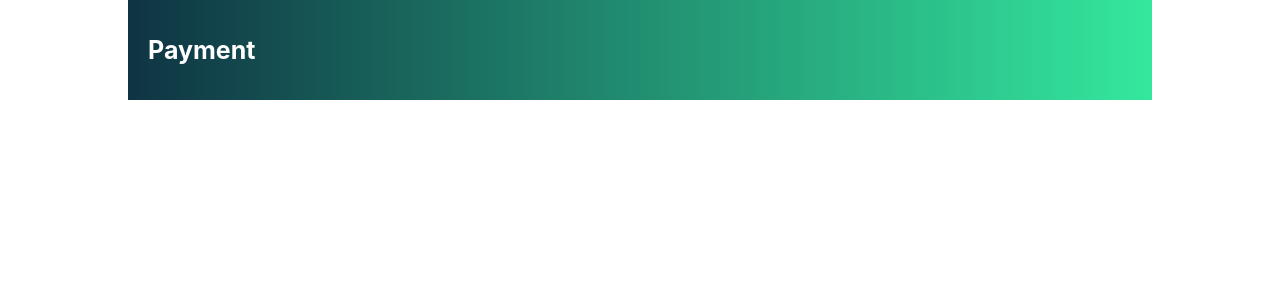
Repository: Yowani24/ecocarbon
Page: /payment
These files come from the project's save history. The page is drawn as it stood at one moment and after the next save; the edit follows.
The browser window is 1280 px wide. The pictures show the whole page.
The project was rebuilt for these pictures with package versions that can differ from the ones it lists, and the page was loaded fresh each time. The framework's server and built-in components were replaced by stand-ins that run in the browser. Also part of the build but not shown: next.config.js.

Above is the page before, as saved 2021-09-28 16:17:37.

### pages/_app.js
import '../styles/globals.css'
import { CreditProvider } from './product/CreditList'

function MyApp({ Component, pageProps }) {
  return (
    <CreditProvider>
      <Component {...pageProps} />
    </CreditProvider>
  )
}

export default MyApp

### pages/payment/index.js
import React from 'react';
import Head from 'next/head'
import styles from './Payment.module.css'
import Link from 'next/link';


export default function Payment(props) {
    return (
       <>
        <Head>
            <title>Payment</title>
        </Head>

        <header className={styles.header}>
            <div className={styles.interface}>
                <div className={styles.header_content}>
                    <h1>Payment</h1>
                </div>
            </div>
        </header>


       </>
    );
}

### styles/globals.css
html,
body {
  padding: 0;
  margin: 0;
  font-family: -apple-system, BlinkMacSystemFont, Segoe UI, Roboto, Oxygen,
    Ubuntu, Cantarell, Fira Sans, Droid Sans, Helvetica Neue, sans-serif;
}

a {
  color: inherit;
  text-decoration: none;
}

* {
  margin: 0;
  box-sizing: border-box;
}

### pages/product/CreditList.js
import React, { useState, createContext } from 'react';

export const CreditList = createContext();

export const CreditProvider = (props) => {
    const [credit, setCredit] = useState([
        {
            id: '1',
            product: 'Carbon Credit',
            price: 120,
            description: 'More details goes here like description',
        },
        {
            id: '2',
            product: 'Carbon Credit',
            price: 120,
            description: 'More details about the product'
        },
        {
            id: '3',
            product: 'Carbon Credit',
            price: 120,
            description: 'More details for the items'
        },
        {
            id: '4',
            product: 'Carbon Credit',
            price: 120,
            description: 'More details to provide about carb cred',
        }

    ]);

    const [cartItems, setCartItems] = useState([]);

    const onAdd = (credit) => {
        const exist = cartItems.find((x) => x.id === credit.id);
        if(exist) {
            setCartItems(cartItems.map((x) => x.id === credit.id ? {...exist, quantity: exist.quantity + 1} : x));
        }else{
            setCartItems([...cartItems, {...credit, quantity: 1}])
        }
    }

    const onRemove = (credit) => {
        const exist = cartItems.find((x) => x.id === credit.id);
        if(exist.quantity === 1) {
            setCartItems(cartItems.filter((x) => x.id !== credit.id));
        }else{
            setCartItems(cartItems.map((x) => x.id === credit.id ? {...exist, quantity: exist.quantity - 1} : x));
        }
    }

    return (
        <CreditList.Provider value={{credits:[credit, setCredit], cartContent:[cartItems, setCartItems], onAdd: onAdd, onRemove:onRemove }}>
            {props.children}
        </CreditList.Provider>
    );
}

### pages/payment/Payment.module.css
.interface{
    width: 80%;
    margin: 0 auto;
}

@media (max-width: 780px){
    .interface{
        width: 100%;
    }
}

/* ===========================HEADER=================== */
.header_content{
    height: 100px;
    display: flex;
    align-items: center;
    padding: 0 20px;
    color: #FFFFFF;

    background: #34e89e;
    background: -webkit-linear-gradient(to right, #0f3443, #34e89e);
    background: linear-gradient(to right, #0f3443, #34e89e);
}
.header_content h1{
    font-size: 25px;
}

@media (max-width: 780px){
    .header_content{
        padding: 0 40px;
        height: 80px;
    }
}

@media (max-width: 460px){
    .header_content{
        padding: 0 20px;
        font-size: 16px;
    }
}

/* ========================LIST====================== */

After the next save:
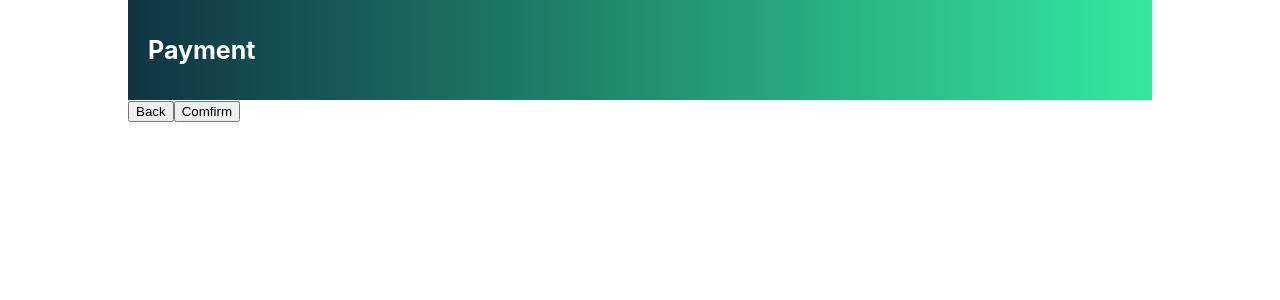
Saved 47 s later.
--- a/pages/payment/index.js
+++ b/pages/payment/index.js
@@ -19,7 +19,14 @@ export default function Payment(props) {
             </div>
         </header>
 
-
+        <div className={styles.button_box}>
+            <div className={styles.interface}>
+                <span>
+                    <Link href="/cart" passHref><button>Back</button></Link>
+                    <button>Comfirm</button>
+                </span>
+            </div>
+        </div>
        </>
     );
 }
